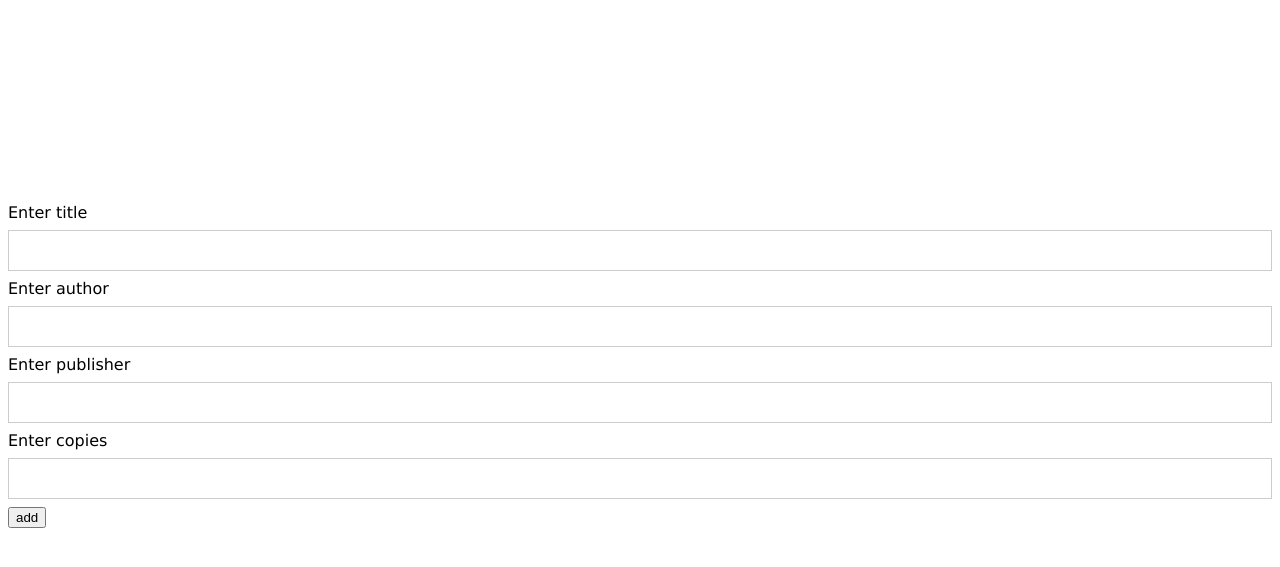
Repository: prashantvadlamani/Library-Management-System
Page: http://localhost/project/add.jsp
These files come from the project's save history. The page is drawn as it stood at one moment and after the next save; the edit follows.
The browser window is 1280 px wide. The pictures show the whole page.
The page is served by Tomcat 9. Other server files are loaded and not shown.

Above is the page before, as saved 2018-08-23 06:40:11.

### project/WebContent/add.jsp
<%@ page language="java" contentType="text/html; charset=ISO-8859-1"
    pageEncoding="ISO-8859-1"%>
<!DOCTYPE html PUBLIC "-//W3C//DTD HTML 4.01 Transitional//EN" "http://www.w3.org/TR/html4/loose.dtd">
<html>
<head>
<meta http-equiv="Content-Type" content="text/html; charset=ISO-8859-1">
<title>Add</title>
<style>
	form {
   	 	border: 3px;
   	 	margin-top: 9%;
	}

	input[type=text]{
    	width: 100%;
    	padding: 12px 20px;
    	margin: 8px 0;
    	display: inline-block;
    	border: 1px solid #ccc;
   		box-sizing: border-box;
	}
	body{
		font-family: Verdana;

	}
	h1{
	color:red;
	}
</style>
</head>
<body>
<header>
	   <marquee scrolldelay="0"><h1>Enter the details of book</h1></marquee>
  </header>
	<form  method="POST" action="add">
		Enter title<input type="text" name="title"><br>
		Enter author<input type="text" name="author"><br>
		Enter publisher<input type="text" name="publisher"><br>
		Enter copies<input type="text" name="copies"><br>
		<input type="submit" value="add" >
	</form>
</body>
</html>

After the next save:
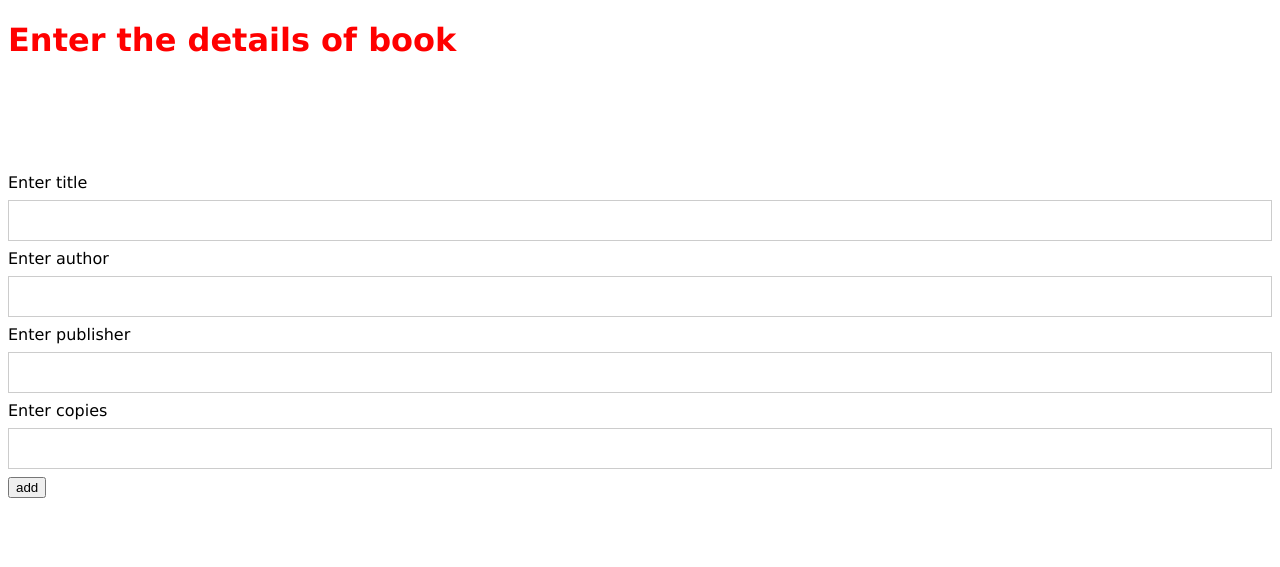
Saved 13 s later.
--- a/project/WebContent/add.jsp
+++ b/project/WebContent/add.jsp
@@ -30,7 +30,7 @@
 </head>
 <body>
 <header>
-	   <marquee scrolldelay="0"><h1>Enter the details of book</h1></marquee>
+	  <h1>Enter the details of book</h1>
   </header>
 	<form  method="POST" action="add">
 		Enter title<input type="text" name="title"><br>
